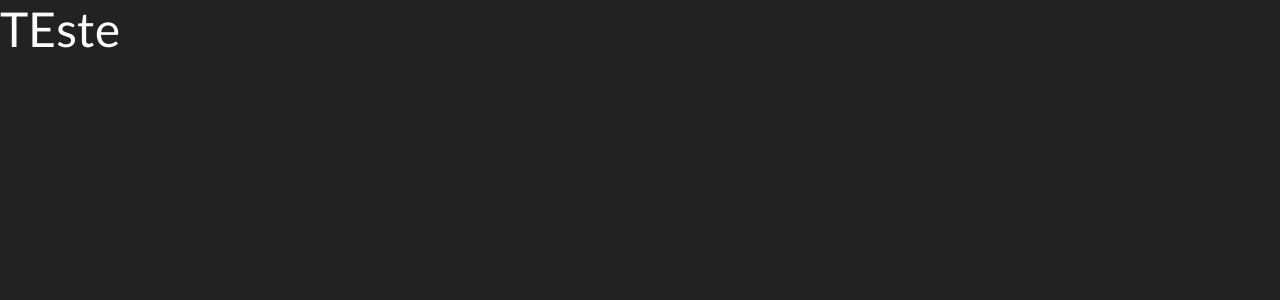
Repository: JuanCarlos95/PPDM
Page: / (app in Trabalhos/guitarras/)
An editor plug-in stored every save of this project. The page is shown before and after the next save, followed by the edit.
The browser window is 1280 px wide. The pictures show the whole page.
Some web libraries are served in a nearby version. The project was rebuilt for these pictures with package versions that can differ from the ones it lists, and the page was loaded fresh each time.

Above is the page before, as saved 2020-10-14 10:27:34.

### Trabalhos/guitarras/public/index.html
<!DOCTYPE html>
<html lang="pt-br">
  <head>
    <meta charset="utf-8"/>
    <link rel="icon" href="%PUBLIC_URL%/favicon.ico" />
    <meta name="viewport" content="width=device-width, initial-scale=1" />
    <meta name="theme-color" content="#000000" />
    <link rel="apple-touch-icon" href="%PUBLIC_URL%/logo192.png" />
    <link rel="stylesheet" href="https://maxcdn.bootstrapcdn.com/bootstrap/4.5.2/css/bootstrap.min.css">
    <title>Guitar World</title>
  </head>
  <body>
    <noscript>You need to enable JavaScript to run this app.</noscript>
    <div id="root"></div>
  </body>
</html>

### Trabalhos/guitarras/src/index.js
import React from 'react';
import ReactDOM from 'react-dom';
import App from './App';
//Adicionar o tema do bootswatch;
import 'bootswatch/dist/darkly/bootstrap.min.css';


const root = document.querySelector('#root');

ReactDOM.render(<App />, root);

### Trabalhos/guitarras/src/App.js
import React from 'react';
import { BrowserRouter as Router, Route } from 'react-router-dom';
import Titulo from './components/titulo';

const App = () => {
  const body =
  <Router>
    <Titulo />
    <h1>TEste</h1>
  </Router>
  ;

  return(body);
}

export default App;

### Trabalhos/guitarras/src/components/titulo.js
import React from 'react';
import { Link } from 'react-router-dom';

const Titulo = () => {
  const body =
  <nav classname="navbar navbar-expand-lg navbar-dark bg-primary">

  </nav>;

  return (body);
}

export default Titulo;

After the next save:
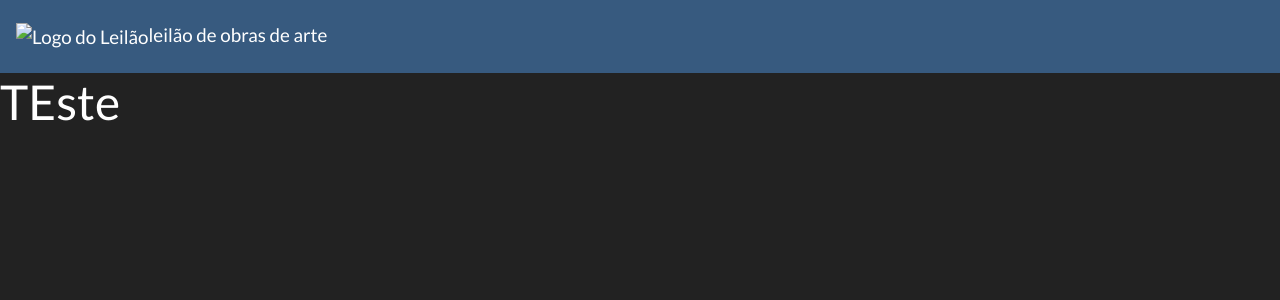
Not found: leilao.jpeg
Saved 70 s later.
--- a/Trabalhos/guitarras/src/components/titulo.js
+++ b/Trabalhos/guitarras/src/components/titulo.js
@@ -3,9 +3,12 @@
 
 const Titulo = () => {
   const body =
-  <nav classname="navbar navbar-expand-lg navbar-dark bg-primary">
-
-  </nav>;
+    <nav className="navbar navbar-expand-sm bg-primary navbar-dark">
+      <Link className="navbar-brand" to="/">
+        <img src="leilao.jpeg" alt="Logo do Leilão" width="40" />
+        leilão de obras de arte
+      </Link>
+    </nav>
 
   return (body);
 }

After the 3 saves that followed:
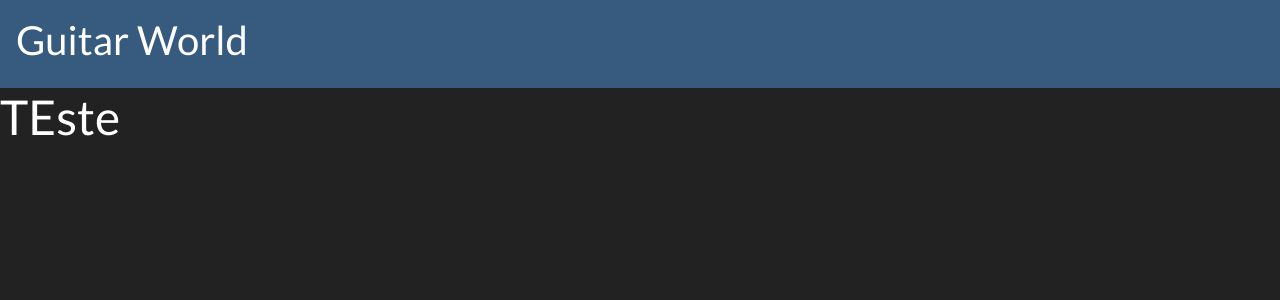
The 3 saves are shown as one change because 2 left the picture as it was.
The last was saved 45 s later.
--- a/Trabalhos/guitarras/src/components/titulo.js
+++ b/Trabalhos/guitarras/src/components/titulo.js
@@ -3,14 +3,16 @@
 
 const Titulo = () => {
   const body =
-    <nav className="navbar navbar-expand-sm bg-primary navbar-dark">
-      <Link className="navbar-brand" to="/">
-        <img src="leilao.jpeg" alt="Logo do Leilão" width="40" />
-        leilão de obras de arte
-      </Link>
+    <nav className="navbar navbar-expand-lg navbar-dark bg-primary">
+      <h2>Guitar World</h2>
     </nav>
 
   return (body);
 }
 
 export default Titulo;
+
+/*<nav classname="navbar navbar-expand-lg navbar-dark bg-primary">
+
+  </nav>;
+*/
